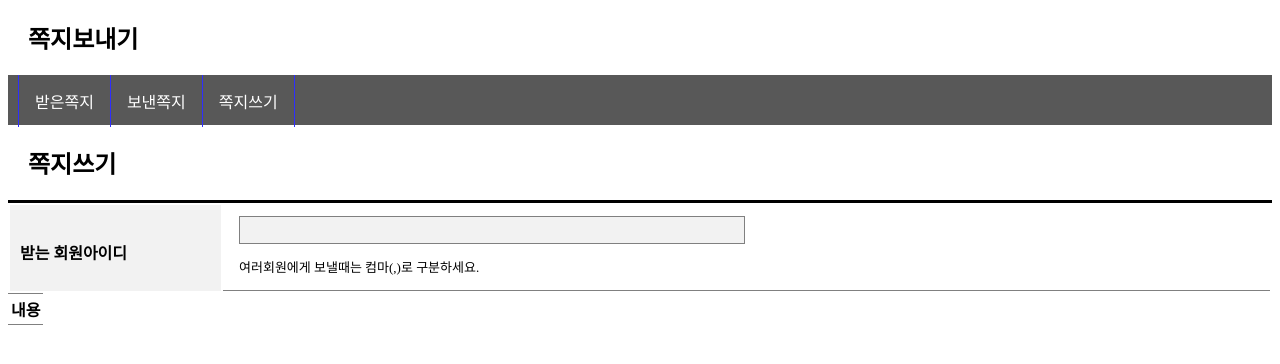
Repository: ks12b0000/JSP-School-Class
Page: chap10_JSP/src/main/webapp/Test/sendMessage.html
The author's editor kept a copy of each file at every save. The page is drawn from the files as they stood at one save, then again after the next save.
The browser window is 1280 px wide. The pictures show the whole page.

Above is the page before, as saved 2022-06-04 11:26:57.

After the next save:
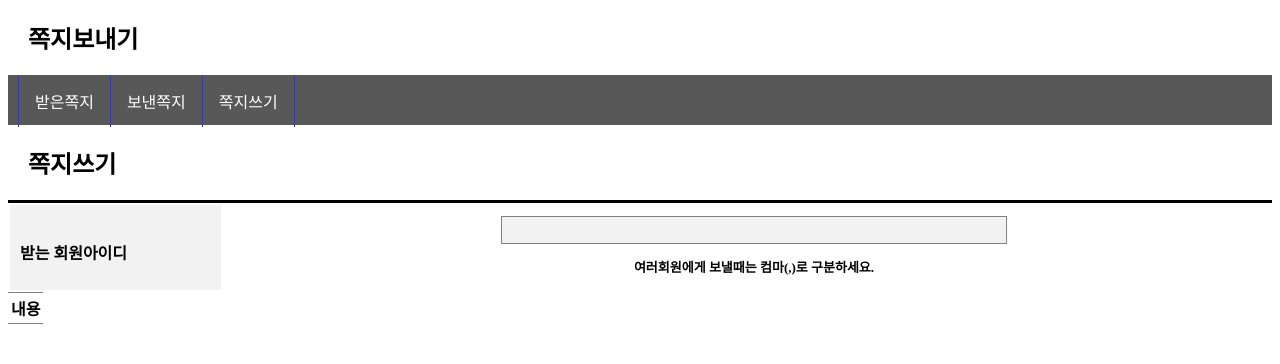
Saved 44 s later.
--- a/chap10_JSP/src/main/webapp/Test/sendMessage.html
+++ b/chap10_JSP/src/main/webapp/Test/sendMessage.html
@@ -19,7 +19,7 @@
 	<table class="Profile3">
 		<tr>
 			<th id="id12"><strong>받는 회원아이디</strong></th>
-			<td><input type="text" /><br/><p>여러회원에게 보낼때는 컴마(,)로 구분하세요.</p></td>
+			<th><input type="text" /><br/><p>여러회원에게 보낼때는 컴마(,)로 구분하세요.</p></th>
 		</tr>
 	</table>
 	<table class="Profile4">

After the 2 saves that followed:
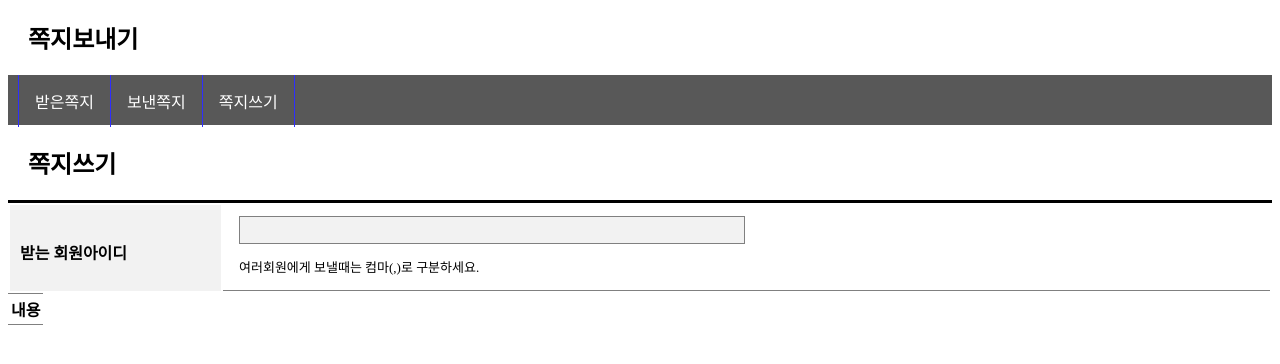
The 2 saves are shown as one change because 1 left the picture as it was.
The last was saved 69 s later.
--- a/chap10_JSP/src/main/webapp/Test/sendMessage.html
+++ b/chap10_JSP/src/main/webapp/Test/sendMessage.html
@@ -19,7 +19,7 @@
 	<table class="Profile3">
 		<tr>
 			<th id="id12"><strong>받는 회원아이디</strong></th>
-			<th><input type="text" /><br/><p>여러회원에게 보낼때는 컴마(,)로 구분하세요.</p></th>
+			<td><input type="text" /><br/><p>여러회원에게 보낼때는 컴마(,)로 구분하세요.</p></td>
 		</tr>
 	</table>
 	<table class="Profile4">
--- a/chap10_JSP/src/main/webapp/Test/loginWrite.css
+++ b/chap10_JSP/src/main/webapp/Test/loginWrite.css
@@ -250,6 +250,7 @@
 		padding-top: 10px;
 		border: 1px solid gray;
 		width: 500px;
+		text-align: left;
 	}
 	.Profile3 p {
 		font-size: 13px;
